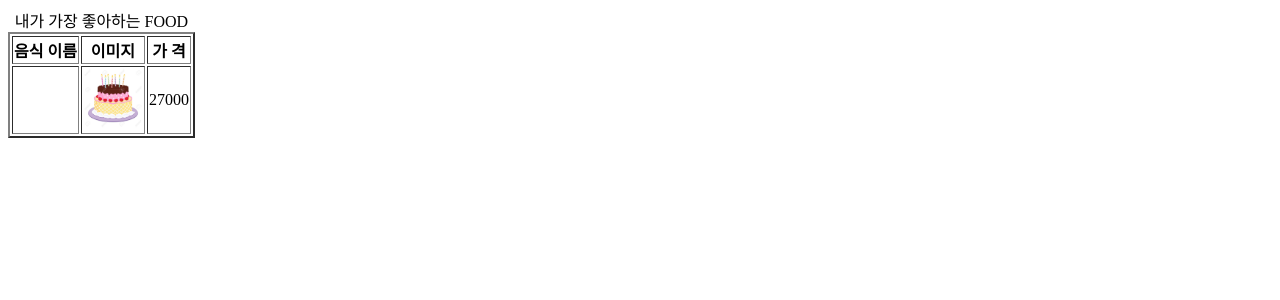
Repository: KangHoi/encore_vueWorkspace
Page: vue01_Basic/WebContent/vue06_example.html
These files come from the project's save history. The page is drawn as it stood at one moment and after the next save; the edit follows.
The browser window is 1280 px wide. The pictures show the whole page.
Some web libraries are served in a nearby version.

Above is the page before, as saved 2021-07-08 03:29:45.

After the next save:
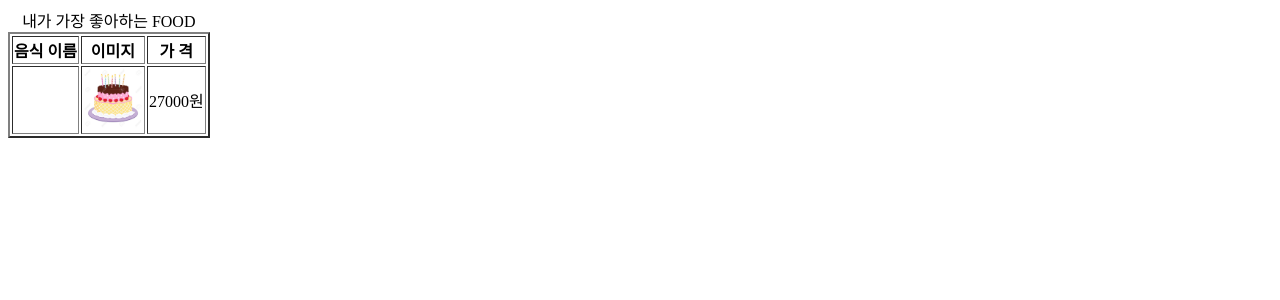
Saved 26 s later.
--- a/vue01_Basic/WebContent/vue06_example.html
+++ b/vue01_Basic/WebContent/vue06_example.html
@@ -33,7 +33,7 @@
 			</thead>
 			<tbody>
 				<tr>
-					<td>{{food}}</td><td><img :src="image" :width="width"></td><td>{{price}}</td>
+					<td>{{food}}</td><td><img :src="image" :width="width"></td><td>{{price}}원</td>
 				</tr>
 			</tbody>
 		</table>
